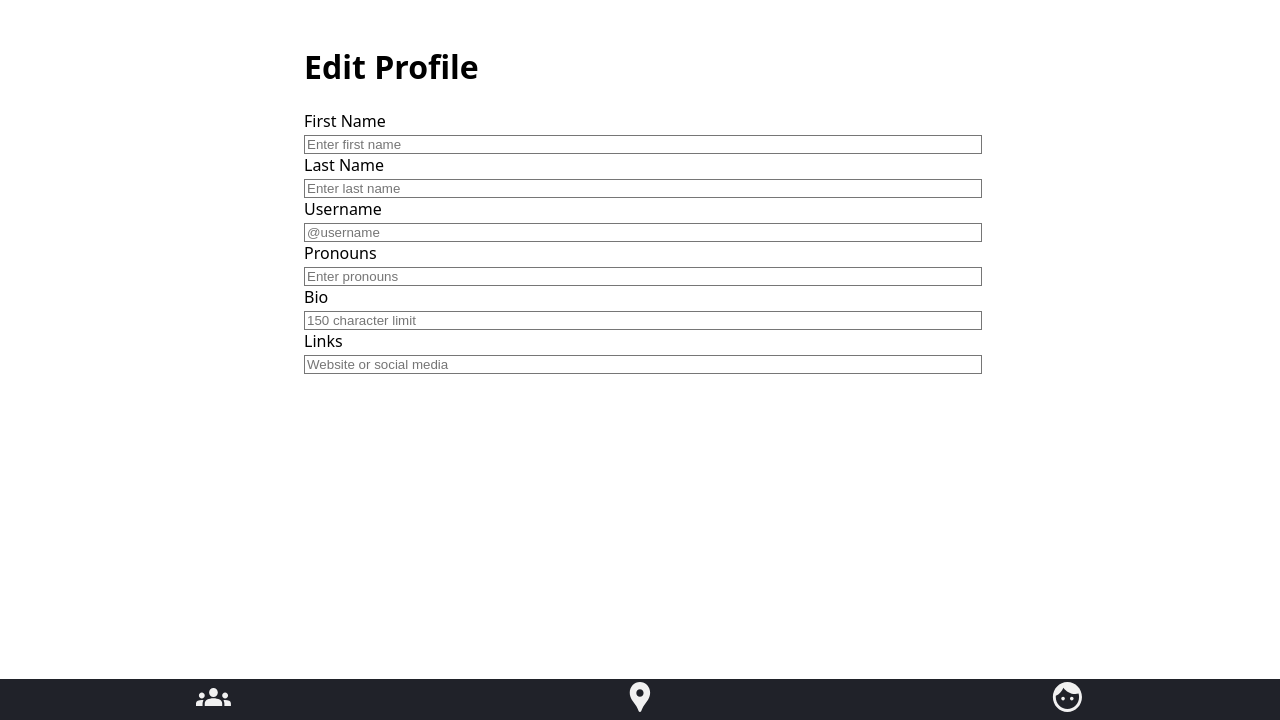
Repository: amolwalia/LocaLens-App
Page: /profile
The author's editor kept a copy of each file at every save. The page is drawn from the files as they stood at one save, then again after the next save.
The browser window is 1280 px wide. The pictures show the whole page.
The project was rebuilt for these pictures with package versions that can differ from the ones it lists, and the page was loaded fresh each time. The framework's server and built-in components were replaced by stand-ins that run in the browser. Also part of the build but not shown: next.config.mjs.

Above is the page before, as saved 2025-05-22 22:48:04.

### app/profile/page.jsx
"use client";

import React, { useState } from "react";
import NavBar from "@/components/NavBar";
import Input from "@/components/Input/Input";

export default function ProfilePage() {
  const [formData, setFormData] = useState({
    firstName: "Samuel L.",
    lastName: "Jackson",
    username: "@jackson.jpeg",
    pronouns: "He/Him",
    bio: "I take pictures because I like to. Follow me and my journey",
    links: "https://shorturl.at/xvcix",
  });

  const handleChange = (e) => {
    const { id, value } = e.target;
    setFormData((prev) => ({ ...prev, [id]: value }));
  };

  return (
    <div className="profileFormContainer">
      <NavBar />
      <h1 className="text-2xl font-bold mb-6">Edit Profile</h1>
      <Input
        label="First Name"
        id="firstName"
        type="text"
        value={formData.firstName}
        onChange={handleChange}
        placeholder="Enter first name"
      />
      <Input
        label="Last Name"
        id="lastName"
        type="text"
        value={formData.lastName}
        onChange={handleChange}
        placeholder="Enter last name"
      />
      <Input
        label="Username"
        id="username"
        type="text"
        value={formData.username}
        onChange={handleChange}
        placeholder="@username"
      />
      <Input
        label="Pronouns"
        id="pronouns"
        type="text"
        value={formData.pronouns}
        onChange={handleChange}
        placeholder="Enter pronouns"
      />
      <Input
        label="Bio"
        id="bio"
        type="text"
        value={formData.bio}
        onChange={handleChange}
        placeholder="150 character limit"
      />
      <Input
        label="Links"
        id="links"
        type="text"
        value={formData.links}
        onChange={handleChange}
        placeholder="Website or social media"
      />
    </div>
  );
}

### app/globals.css
/* File: styles/globals.css */

@import url("https://fonts.googleapis.com/css2?family=Noto+Sans:wght@400;600;700&display=swap");

@tailwind base;
@tailwind components;
@tailwind utilities;

@layer base {
  html {
    font-family: "Noto Sans", sans-serif;
  }
}

.profileFormContainer {
  max-width: 672px;
  margin: 0 auto;
  padding: 16px;
}

.profileHeading {
  font-size: 24px;
  font-weight: bold;
  margin-bottom: 24px;
}

### components/NavBar.jsx
"use client";

import React from "react";
import Link from "next/link";

export default function NavBar() {
  return (
    <nav className="fixed bottom-[0] left-[0] w-full z-50 bg-[#202229] text-white flex justify-around items-center h-16 shadow-md">
      <Link
        href="/home"
        className="flex flex-col items-center text-sm text-gray-700"
      >
        <span className="text-xl">
          <svg
            xmlns="http://www.w3.org/2000/svg"
            width="35"
            height="18"
            viewBox="0 0 35 18"
            fill="none"
          >
            <path
              d="M17.4627 10.125C19.8347 10.125 21.9302 10.71 23.6328 11.475C25.2045 12.195 26.194 13.815 26.194 15.57V18H8.73134V15.585C8.73134 13.815 9.7209 12.195 11.2925 11.49C12.9951 10.71 15.0907 10.125 17.4627 10.125ZM5.8209 10.5C7.42164 10.5 8.73134 9.15 8.73134 7.5C8.73134 5.85 7.42164 4.5 5.8209 4.5C4.22015 4.5 2.91045 5.85 2.91045 7.5C2.91045 9.15 4.22015 10.5 5.8209 10.5ZM7.4653 12.15C6.92687 12.06 6.38843 12 5.8209 12C4.38022 12 3.01231 12.315 1.77537 12.87C0.698508 13.35 0 14.43 0 15.645V18H6.54851V15.585C6.54851 14.34 6.88321 13.17 7.4653 12.15ZM29.1045 10.5C30.7052 10.5 32.0149 9.15 32.0149 7.5C32.0149 5.85 30.7052 4.5 29.1045 4.5C27.5037 4.5 26.194 5.85 26.194 7.5C26.194 9.15 27.5037 10.5 29.1045 10.5ZM34.9254 15.645C34.9254 14.43 34.2269 13.35 33.15 12.87C31.9131 12.315 30.5452 12 29.1045 12C28.5369 12 27.9985 12.06 27.4601 12.15C28.0422 13.17 28.3769 14.34 28.3769 15.585V18H34.9254V15.645ZM17.4627 0C19.8784 0 21.8284 2.01 21.8284 4.5C21.8284 6.99 19.8784 9 17.4627 9C15.047 9 13.097 6.99 13.097 4.5C13.097 2.01 15.047 0 17.4627 0Z"
              fill="#F1F1F1"
            />
          </svg>
        </span>
      </Link>
      <Link
        href="/post"
        className="flex flex-col items-center text-sm text-gray-700"
      >
        <span className="text-xl">
          <svg
            xmlns="http://www.w3.org/2000/svg"
            width="36"
            height="36"
            viewBox="0 0 36 36"
            fill="none"
          >
            <g clipPath="url(#clip0_201_1439)">
              <path
                d="M17.9403 3C12.3086 3 7.75372 7.695 7.75372 13.5C7.75372 16.11 8.48133 18.555 9.80559 20.76C11.1881 23.07 13.0071 25.05 14.4041 27.36C15.0881 28.485 15.5828 29.535 16.1067 30.75C16.4851 31.575 16.7907 33 17.9403 33C19.0899 33 19.3955 31.575 19.7593 30.75C20.2978 29.535 20.778 28.485 21.4619 27.36C22.8589 25.065 24.678 23.085 26.0604 20.76C27.3992 18.555 28.1269 16.11 28.1269 13.5C28.1269 7.695 23.572 3 17.9403 3ZM17.9403 17.625C15.9321 17.625 14.3022 15.945 14.3022 13.875C14.3022 11.805 15.9321 10.125 17.9403 10.125C19.9485 10.125 21.5784 11.805 21.5784 13.875C21.5784 15.945 19.9485 17.625 17.9403 17.625Z"
                fill="#F1F1F1"
              />
            </g>
            <defs>
              <clipPath id="clip0_201_1439">
                <rect
                  width="34.9254"
                  height="36"
                  fill="white"
                  transform="translate(0.4776)"
                />
              </clipPath>
            </defs>
          </svg>
        </span>
      </Link>
      <Link
        href="/profile"
        className="flex flex-col items-center text-sm text-gray-700"
      >
        <span className="text-xl">
          <svg
            xmlns="http://www.w3.org/2000/svg"
            width="36"
            height="36"
            viewBox="0 0 36 36"
            fill="none"
          >
            <g clipPath="url(#clip0_201_1441)">
              <path
                d="M14.0522 17.625C13.0481 17.625 12.2332 18.465 12.2332 19.5C12.2332 20.535 13.0481 21.375 14.0522 21.375C15.0563 21.375 15.8712 20.535 15.8712 19.5C15.8712 18.465 15.0563 17.625 14.0522 17.625ZM22.7836 17.625C21.7795 17.625 20.9645 18.465 20.9645 19.5C20.9645 20.535 21.7795 21.375 22.7836 21.375C23.7877 21.375 24.6026 20.535 24.6026 19.5C24.6026 18.465 23.7877 17.625 22.7836 17.625ZM18.4179 3C10.385 3 3.86565 9.72 3.86565 18C3.86565 26.28 10.385 33 18.4179 33C26.4507 33 32.9701 26.28 32.9701 18C32.9701 9.72 26.4507 3 18.4179 3ZM18.4179 30C12.0003 30 6.77609 24.615 6.77609 18C6.77609 17.565 6.8052 17.13 6.84886 16.71C10.2832 15.135 13.0045 12.24 14.4306 8.655C17.0645 12.495 21.4011 15 26.3052 15C27.4403 15 28.5317 14.865 29.5795 14.61C29.885 15.675 30.0597 16.815 30.0597 18C30.0597 24.615 24.8354 30 18.4179 30Z"
                fill="#F1F1F1"
              />
            </g>
            <defs>
              <clipPath id="clip0_201_1441">
                <rect
                  width="34.9254"
                  height="36"
                  fill="white"
                  transform="translate(0.9552)"
                />
              </clipPath>
            </defs>
          </svg>
        </span>
      </Link>
    </nav>
  );
}

### components/Input/Input.jsx
export default function Input({ label, id, type, placeholder }) {
  return (
    <>
      <label className="text-sm text-black mb-1" htmlFor={id}>
        {label}
      </label>
      <input
        id={id}
        type={type}
        label={label}
        placeholder={placeholder}
        className="w-full px-4 py-2 border border-gray-400 rounded-md mb-4"
      />
    </>
  );
}

Loaded but not shown: app/layout.js (common file)

After the next save:
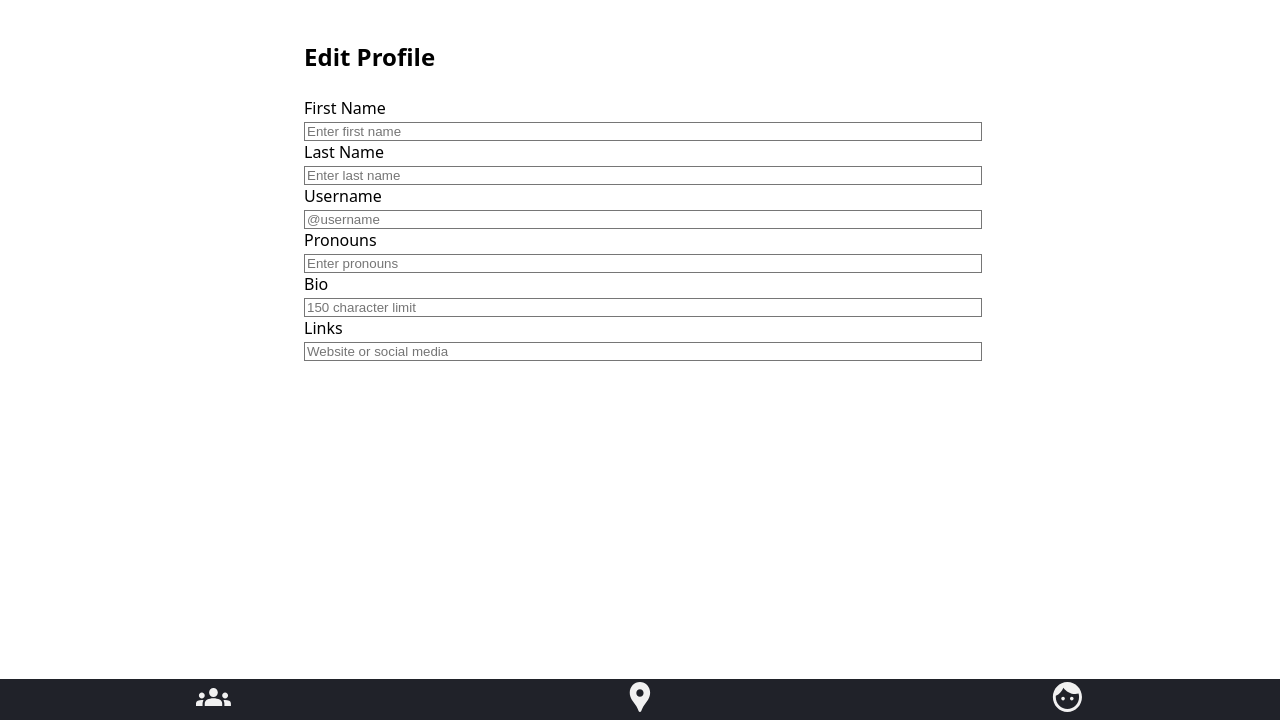
Saved 15 s later.
--- a/app/profile/page.jsx
+++ b/app/profile/page.jsx
@@ -22,7 +22,7 @@ export default function ProfilePage() {
   return (
     <div className="profileFormContainer">
       <NavBar />
-      <h1 className="text-2xl font-bold mb-6">Edit Profile</h1>
+      <h1 className="profileHeading">Edit Profile</h1>
       <Input
         label="First Name"
         id="firstName"
